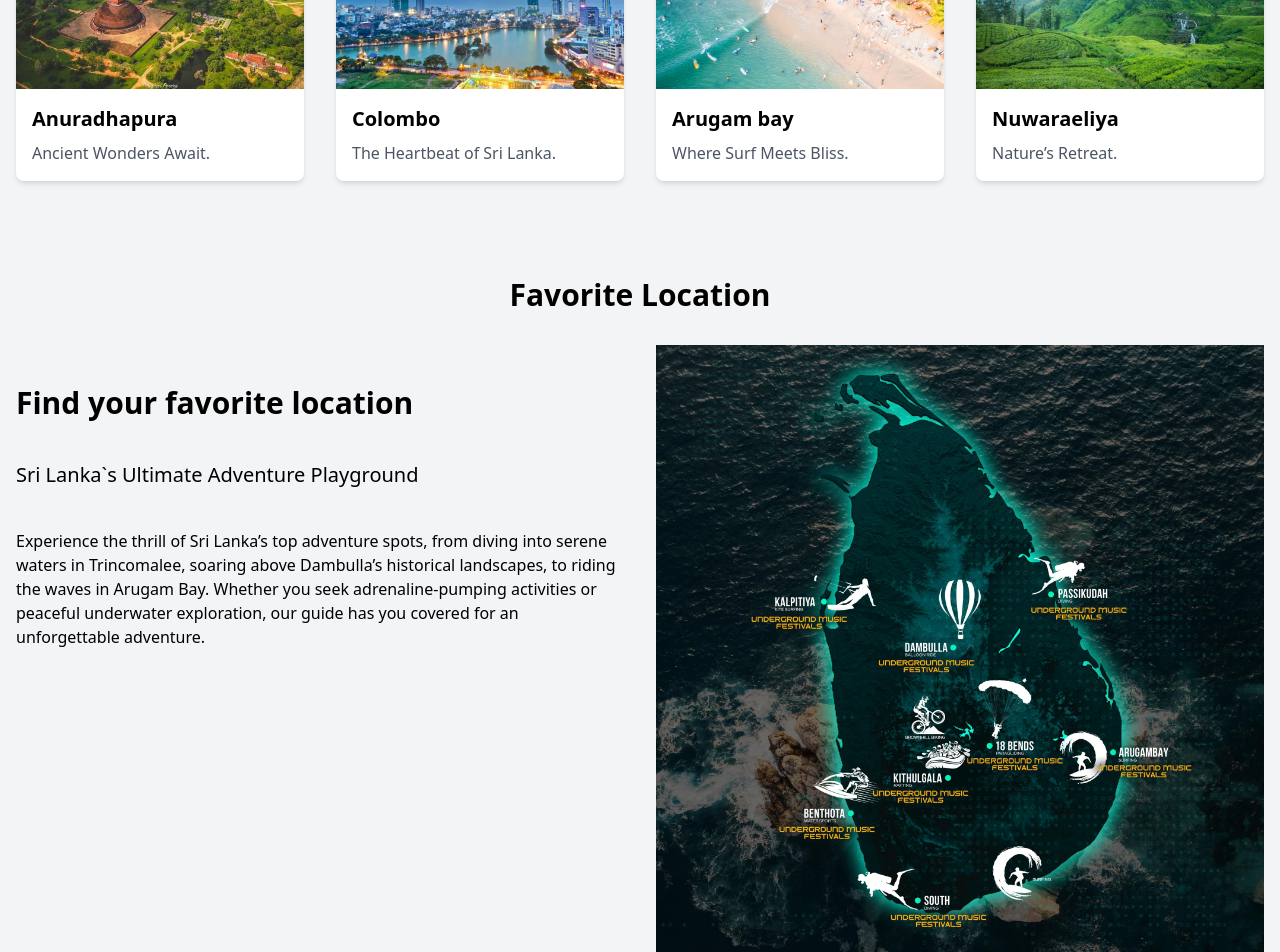
Repository: thisara199/Travel-Agency-Website
Page: /
These files come from the project's save history. The page is drawn as it stood at one moment and after the next save; the edit follows.
The browser window is 1280 px wide. The pictures show the part of the page from y = 939 to 1891 px (the page is 3132 px tall).
The project was rebuilt for these pictures with package versions that can differ from the ones it lists, and the page was loaded fresh each time. Also part of the build but not shown: vite.config.js.

Above is the page before, as saved 2024-09-04 07:13:59.

After the next save:
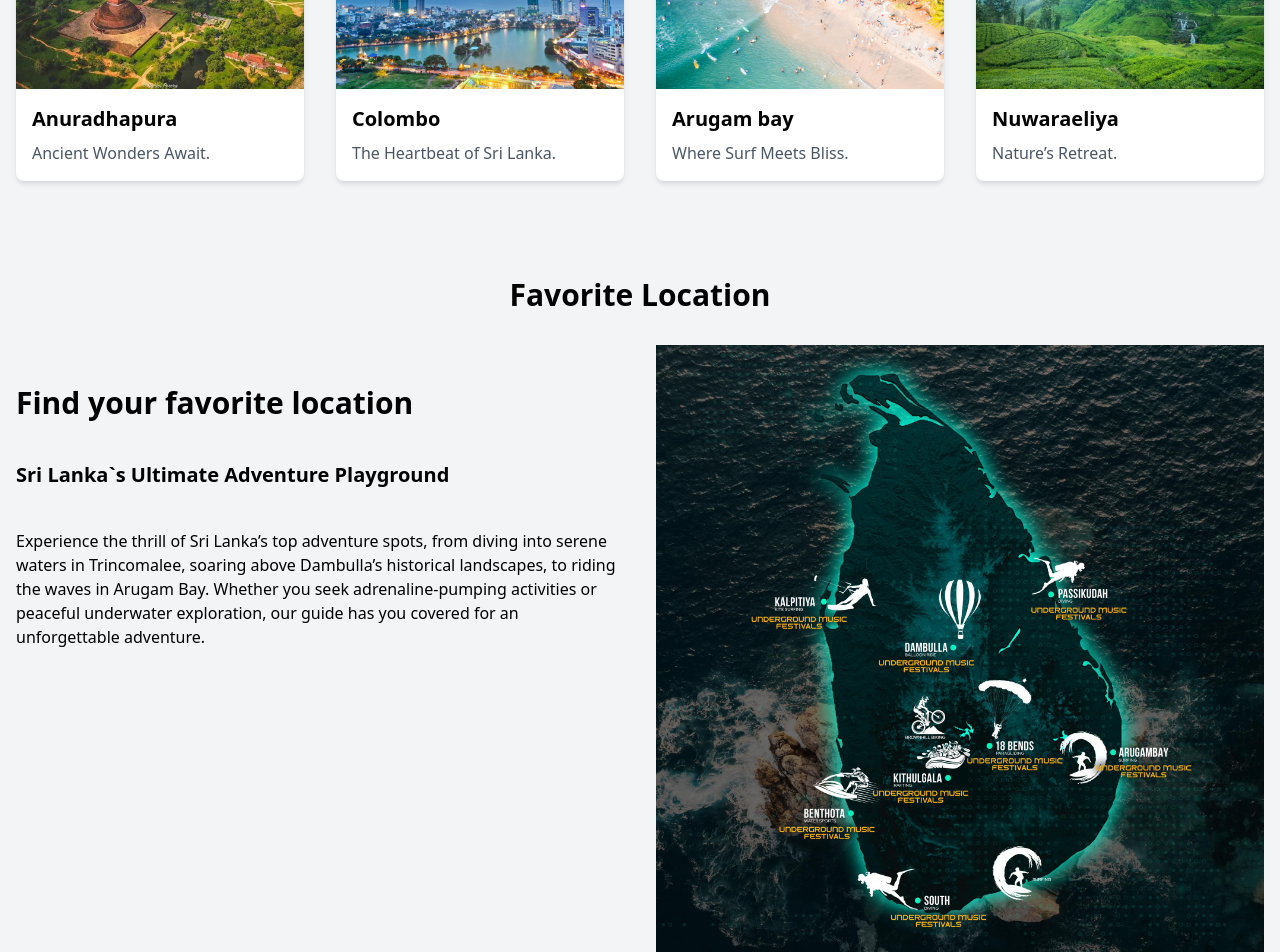
Saved 9 s later.
--- a/src/components/Banner/Banner.jsx
+++ b/src/components/Banner/Banner.jsx
@@ -8,7 +8,7 @@ const Banner1 = () => {
         <div className="grid gap-8 sm:grid-cols-1 md:grid-cols-2">
           <div className='mt-0 lg:mt-10'>
            <h1 className='text-3xl font-bold '>Find your favorite location</h1>
-           <h2 className='mt-0 text-xl lg:mt-10'>Sri Lanka`s Ultimate Adventure Playground</h2>
+           <h2 className='mt-0 text-xl font-semibold lg:mt-10'>Sri Lanka`s Ultimate Adventure Playground</h2>
            <p className='mt-0 lg:mt-10'>Experience the thrill of Sri Lanka’s top adventure spots, from diving into serene waters in Trincomalee, soaring above Dambulla’s historical landscapes, to riding the waves in Arugam Bay. Whether you seek adrenaline-pumping activities or peaceful underwater exploration, our guide has you covered for an unforgettable adventure.</p>
           </div>
           <div>
